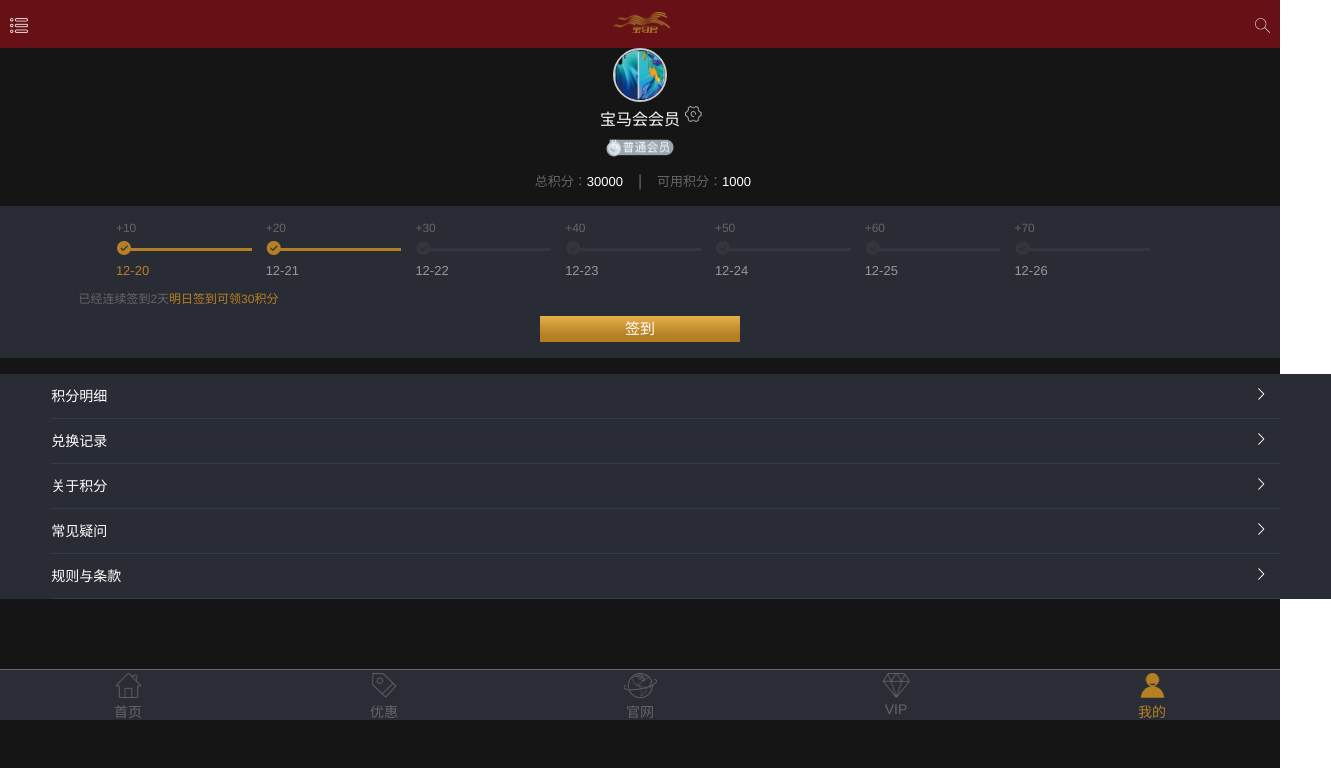
Repository: ada6688/IntegralMall
Page: /Member
These files come from the project's save history. The page is drawn as it stood at one moment and after the next save; the edit follows.
The browser window is 1280 px wide. The page is 1331 px wide, then 1280 px, then 1331 px, so the pictures cover 1331 px, including what lies to the right of the window. The pictures show the whole page.
The project was rebuilt for these pictures with package versions that can differ from the ones it lists, and the page was loaded fresh each time. Also part of the build but not shown: src/components/page/notice.vue, src/components/page/shouye.vue, src/components/page/Vip.vue, src/components/page/Youhui.vue, src/router/index.js.

Above is the page before, as saved 2020-01-04 19:27:55.

After the next save:
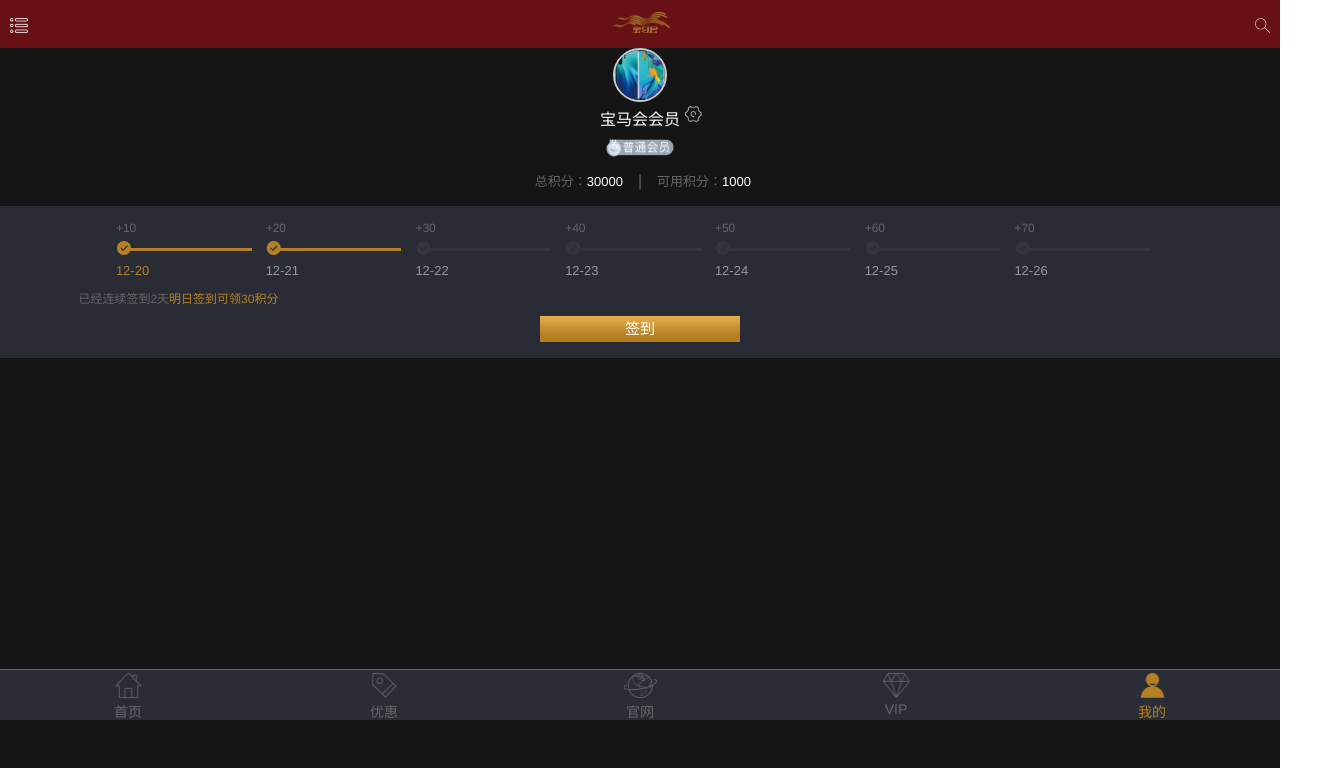
Saved 74 s later.
--- a/src/components/page/Member.vue
+++ b/src/components/page/Member.vue
@@ -83,29 +83,7 @@
           <div class="member-signIn-button">签到</div>
         </div>
       </div>
-      <!-- 积分明细，兑换记录，积分详情疑问规则等 -->
-      <div class="member-more-detail">
-        <div class="member-jifen">
-          <div  class="member-jifen-T">积分明细</div>
-          <i class="el-icon-arrow-right"></i>
-        </div>
-        <div class="member-duihuan">
-          <div  class="member-jifen-T">兑换记录</div>
-          <i class="el-icon-arrow-right"></i>
-        </div>
-        <div class="member-guanyu">
-          <div  class="member-jifen-T">关于积分</div>
-          <i class="el-icon-arrow-right"></i>
-        </div>
-        <div class="member-yiwen">
-          <div  class="member-jifen-T">常见疑问</div>
-          <i class="el-icon-arrow-right"></i>
-        </div>
-        <div class="member-guize">
-          <div  class="member-jifen-T">规则与条款</div>
-          <i class="el-icon-arrow-right"></i>
-        </div>
-      </div>
+
     </div>
   </div>
 </template>

After the save that followed:
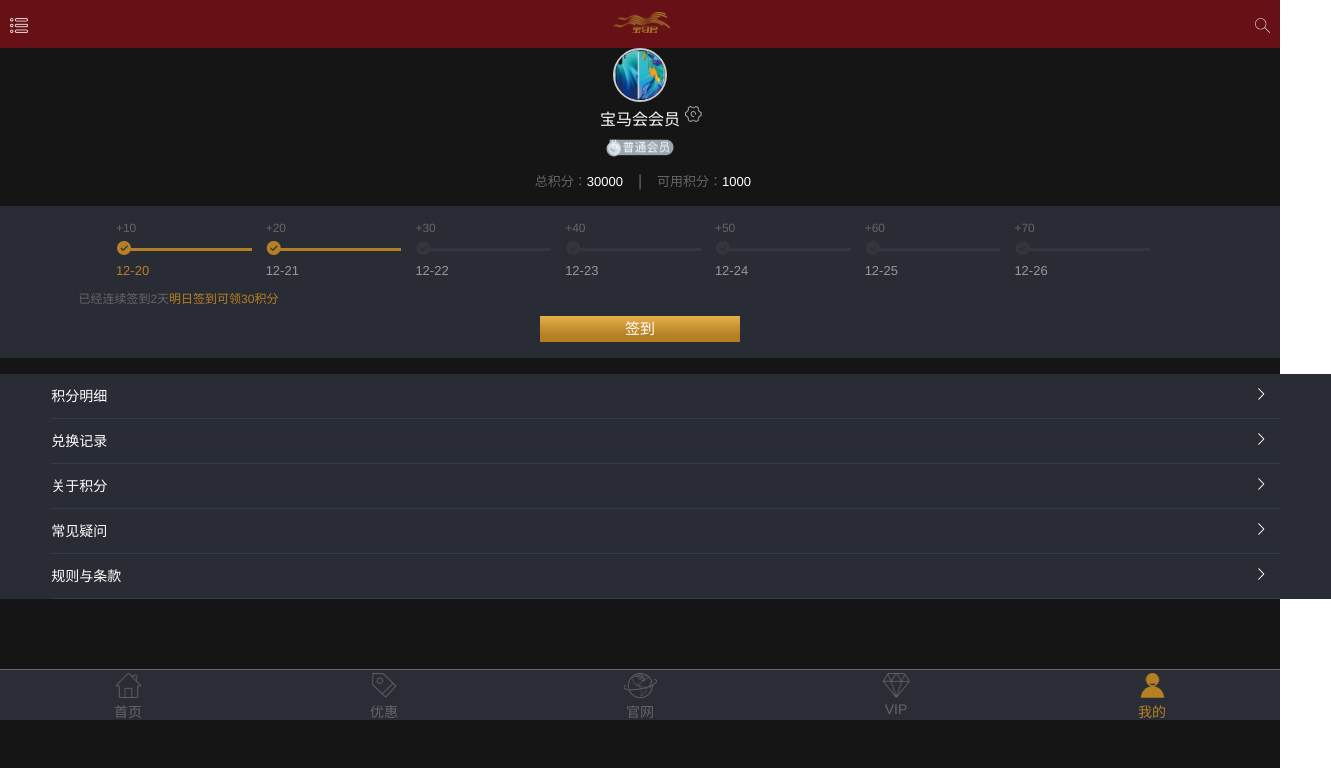
Saved 8 s later.
--- a/src/components/page/Member.vue
+++ b/src/components/page/Member.vue
@@ -83,7 +83,29 @@
           <div class="member-signIn-button">签到</div>
         </div>
       </div>
-
+      <!-- 积分明细，兑换记录，积分详情疑问规则等 -->
+      <div class="member-more-detail">
+        <div class="member-jifen">
+          <div  class="member-jifen-T">积分明细</div>
+          <i class="el-icon-arrow-right"></i>
+        </div>
+        <div class="member-duihuan">
+          <div  class="member-jifen-T">兑换记录</div>
+          <i class="el-icon-arrow-right"></i>
+        </div>
+        <div class="member-guanyu">
+          <div  class="member-jifen-T">关于积分</div>
+          <i class="el-icon-arrow-right"></i>
+        </div>
+        <div class="member-yiwen">
+          <div  class="member-jifen-T">常见疑问</div>
+          <i class="el-icon-arrow-right"></i>
+        </div>
+        <div class="member-guize">
+          <div  class="member-jifen-T">规则与条款</div>
+          <i class="el-icon-arrow-right"></i>
+        </div>
+      </div>
     </div>
   </div>
 </template>
